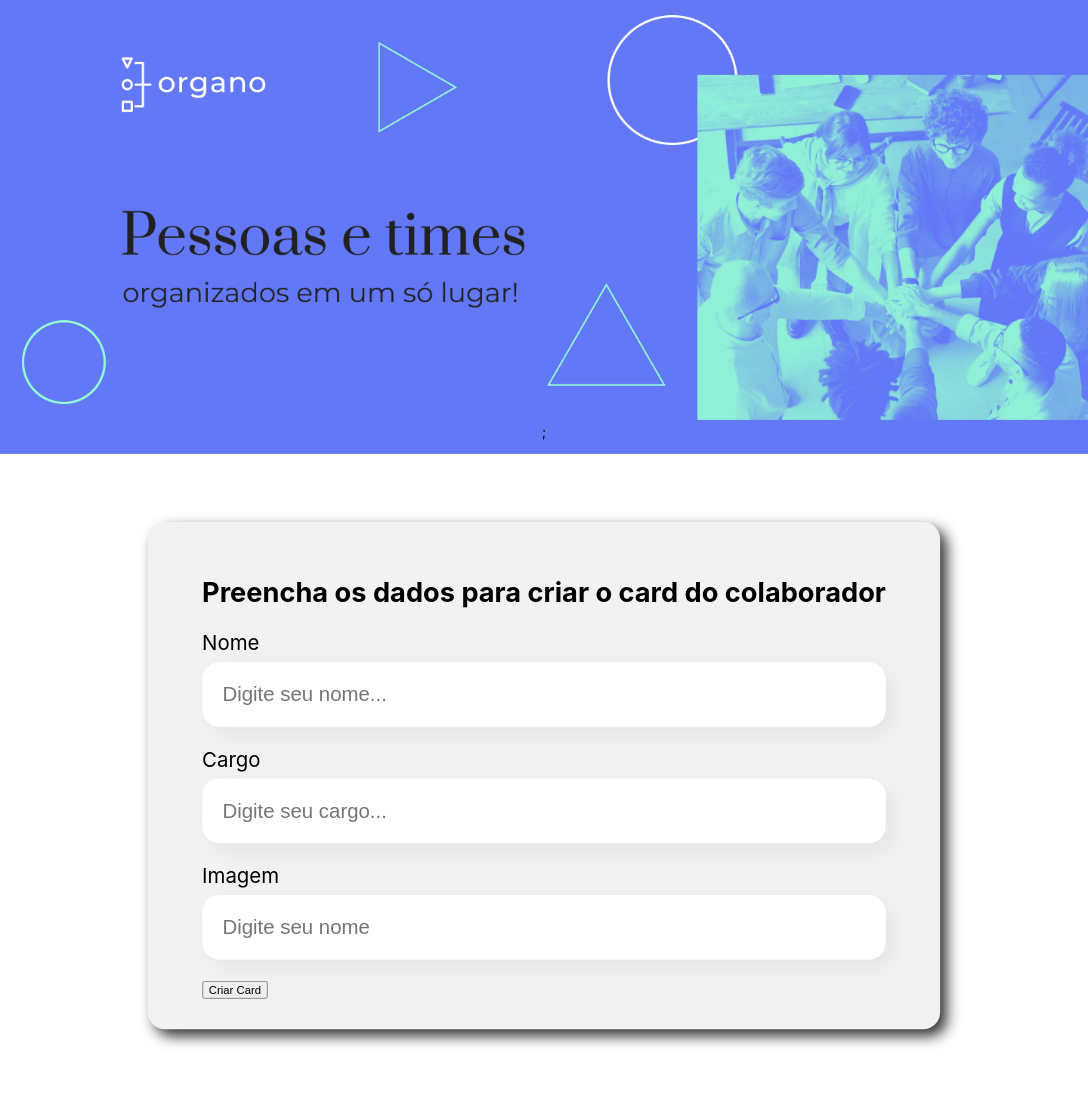
Repository: guilhermecardoso93/organo
Page: /
An editor plug-in stored every save of this project. The page is shown before and after the next save, followed by the edit.
The browser window is 1280 px wide. The pictures show the whole page, at 85% of full size.
The project was rebuilt for these pictures with package versions that can differ from the ones it lists, and the page was loaded fresh each time.

Above is the page before, as saved 2024-05-26 12:13:53.

### src/App.js
import { Banner } from "./components/Banner";
import { Form } from "./components/Form";

export default function App() {
  return (
    <div>
      <Banner />
      <Form />
    </div>
  );
}

### src/components/Banner/index.js
import BannerBackground from "../../assets/imagens/banner.png";
import "./styles.css";

export function Banner() {
  return (
    <header className="background-banner">
      <img src={BannerBackground} alt="Banner Principal da Página da Orgona" />;
    </header>
  );
}

### src/components/Form/index.js
import { Input } from "../Input";
import './styles.css'

export function Form() {
  return (
    <section className='form'>
      <form>
        <h2>Preencha os dados para criar o card do colaborador</h2>
        <Input label="Nome" placeholder="Digite seu nome..." />
        <Input label="Cargo" placeholder="Digite seu cargo..." />
        <Input label="Imagem" placeholder="Digite seu nome" />
        <button>Criar Card</button>
      </form>
    </section>
  );
}

### src/components/Banner/styles.css
.background-banner {
  background-color: #6278f7;
  text-align: center;
  padding-bottom: 1rem;
}

.background-banner img {
  max-width: 100%;
}

### src/components/Input/index.js
import "./styles.css";

export function Input({label, placeholder}) {
  return (
    <div className="campo-texto">
      <label>{label}</label>
      <input placeholder={placeholder}/>
    </div>
  );
}

### src/components/Form/styles.css
.form {
  display: flex;
  justify-content: center;
  margin: 80px 0;
}

.form form {
  max-width: 80%;
  background-color: #f2f2f2;
  border-radius: 20px;
  padding: 36px 64px;
  box-shadow: 8px 8px 16px rgba(0,0,0, 0.8);
}

h2 {
  font-size: 2rem;
}

### src/components/Input/styles.css
.campo-texto {
  display: flex;
  flex-direction: column;
  margin: 24px 0;
}

.campo-texto label {
  display: block;
  margin-bottom: 8px;
  font-size: 24px;
  font-weight: semi-bold;
}

.campo-texto input {
  background-color: #fff;
  box-shadow: 10px 10px 30px rgba(0, 0, 0, 0.06);
  width: 100%;
  border: none;
  font-size: 24px;
  padding: 24px;
  box-sizing: border-box;
  border-radius: 20px;
}

Loaded but not shown: public/index.html (common file); src/index.js (common file); src/index.css (common file)

After the next save:
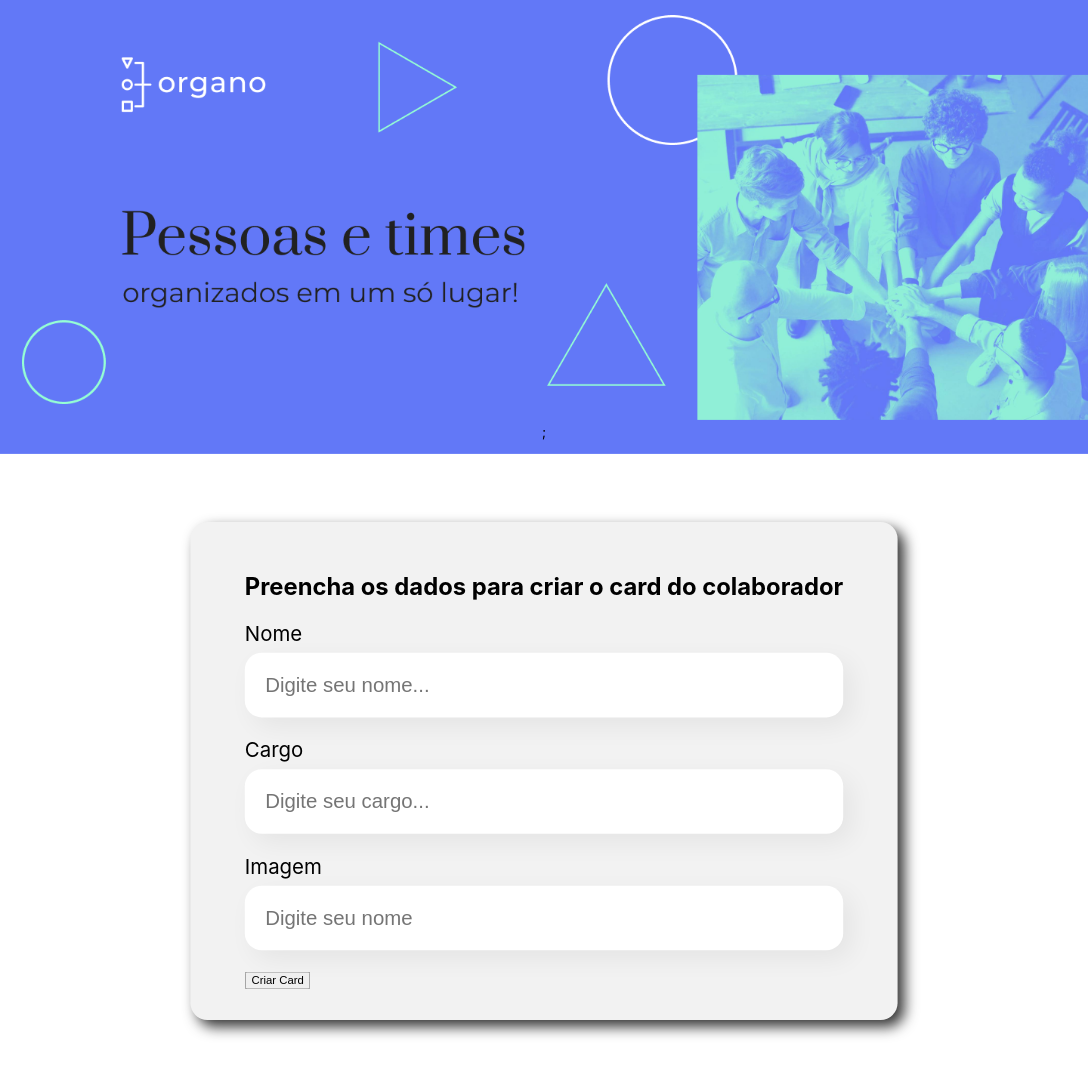
Saved 6 s later.
--- a/src/components/Form/styles.css
+++ b/src/components/Form/styles.css
@@ -13,5 +13,5 @@
 }
 
 h2 {
-  font-size: 2rem;
+  font-size: 1.75rem;
 }
